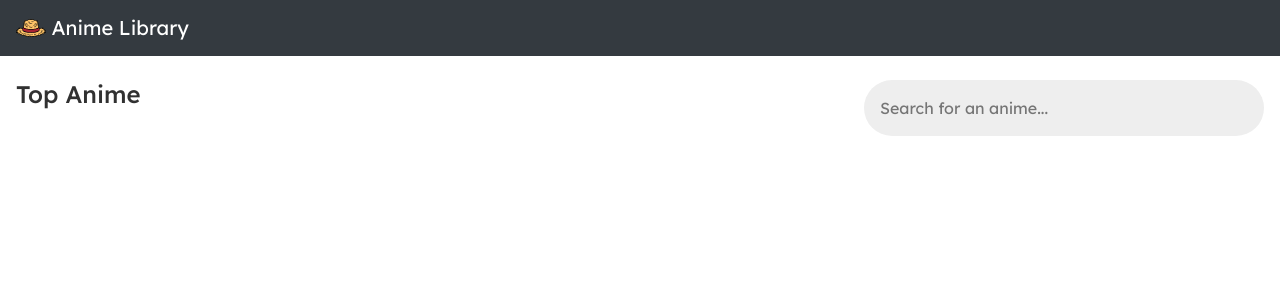
Repository: cuitlazotlac/anime-library
Page: /
These files come from the project's save history. The page is drawn as it stood at one moment and after the next save; the edit follows.
The browser window is 1280 px wide. The pictures show the whole page.
The page's requests for data from a server got no answer. The project was rebuilt for these pictures with package versions that can differ from the ones it lists, and the page was loaded fresh each time. No one was signed in, and anything a server would have sent is missing. Also part of the build but not shown: src/components/AnimeCard.js, src/components/SearchBar.jsx.

Above is the page before, as saved 2021-05-05 00:16:09.

After the next save:
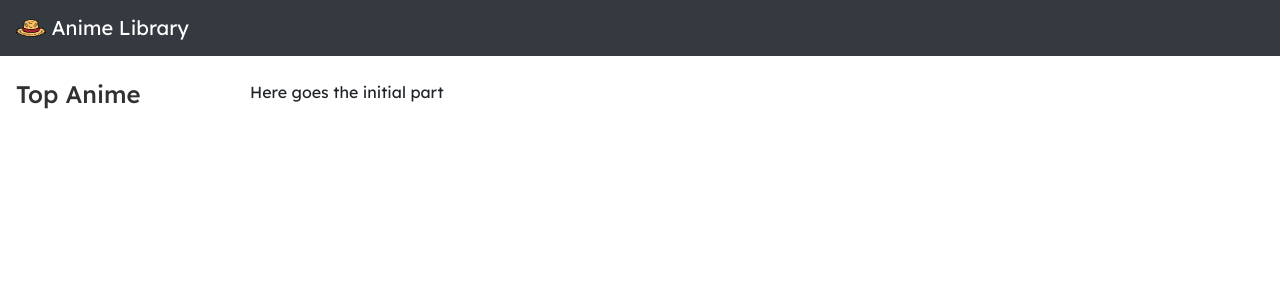
Saved 27 s later.
--- a/src/App.js
+++ b/src/App.js
@@ -41,16 +41,16 @@ function App() {
       <br />
       <div className="content-wrap">
         <Sidebar topAnime={topAnime} />
-        {/* {typeof search.title != "undefined" ? ( */}
-        <MainContent
-          HandleSearch={HandleSearch}
-          search={search}
-          animeList={animeList}
-          SetSearch={SetSearch}
-        />
-        {/* ): (
+        {typeof search.title != "undefined" ? (
+          <MainContent
+            HandleSearch={HandleSearch}
+            search={search}
+            animeList={animeList}
+            SetSearch={SetSearch}
+          />
+        ) : (
           "Here goes the initial part"
-        )} */}
+        )}
       </div>
     </div>
   );
